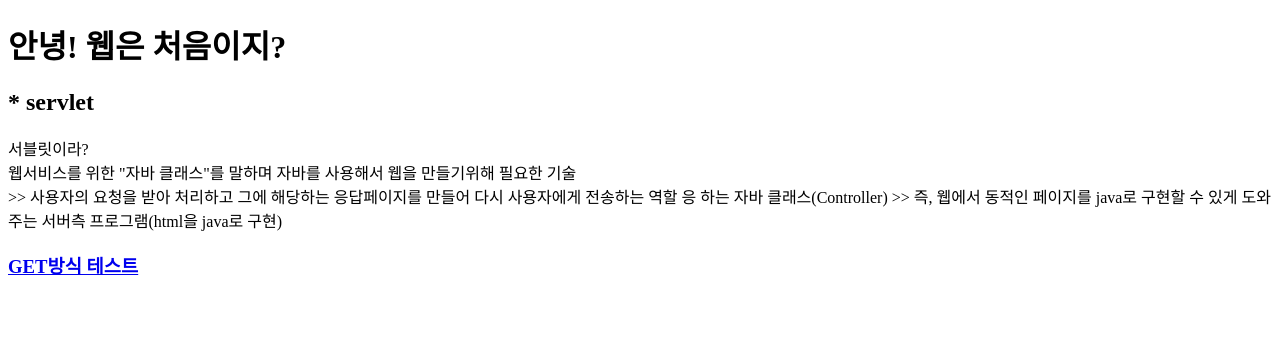
Repository: KimMJ0964/8file
Page: workspace/6_servlet/1_Servlet/src/main/webapp/index.html
These files come from the project's save history. The page is drawn as it stood at one moment and after the next save; the edit follows.
The browser window is 1280 px wide. The pictures show the whole page.

Above is the page before, as saved 2024-09-10 00:18:16.

### workspace/6_servlet/1_Servlet/src/main/webapp/index.html
<!DOCTYPE html>
<html>
<head>
<meta charset="UTF-8">
<title>Insert title here</title>
</head>
<body>
	<h1>안녕! 웹은 처음이지?</h1>

	<h2>* servlet</h2>

	<p>
		서블릿이라? <br>
		웹서비스를 위한 "자바 클래스"를 말하며 자바를 사용해서 웹을 만들기위해 필요한 기술<br>
			>> 사용자의 요청을 받아 처리하고 그에 해당하는 응답페이지를 만들어 다시 사용자에게 전송하는 역할
				응 하는 자바 클래스(Controller)
			>> 즉, 웹에서 동적인 페이지를 java로 구현할 수 있게 도와주는 서버측 프로그램(html을 java로 구현)
	</p>

	<h3><a href="views/requestTest_get.html">GET방식 테스트</a></h3>
</body>
</html>

After the next save:
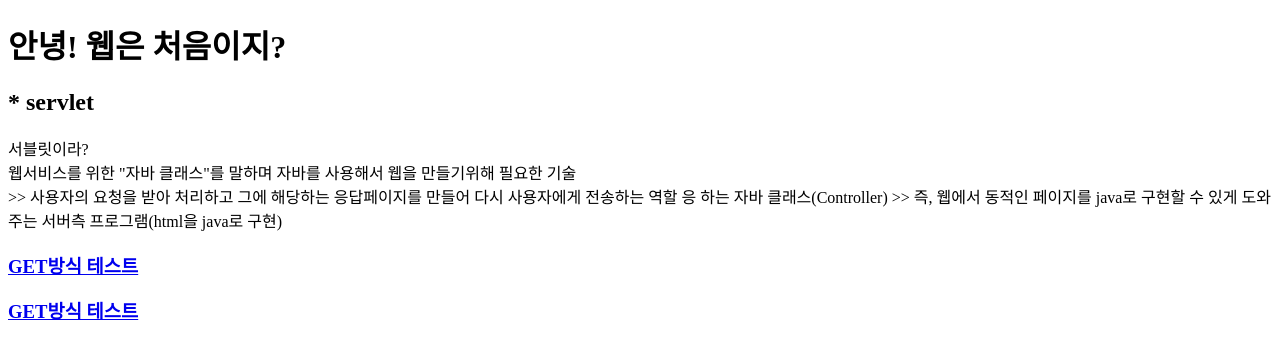
Saved 2 min 58 s later.
--- a/workspace/6_servlet/1_Servlet/src/main/webapp/index.html
+++ b/workspace/6_servlet/1_Servlet/src/main/webapp/index.html
@@ -18,5 +18,6 @@
 	</p>
 
 	<h3><a href="views/requestTest_get.html">GET방식 테스트</a></h3>
+	<h3><a href="views/requestTest_post.html">GET방식 테스트</a></h3>
 </body>
 </html>
